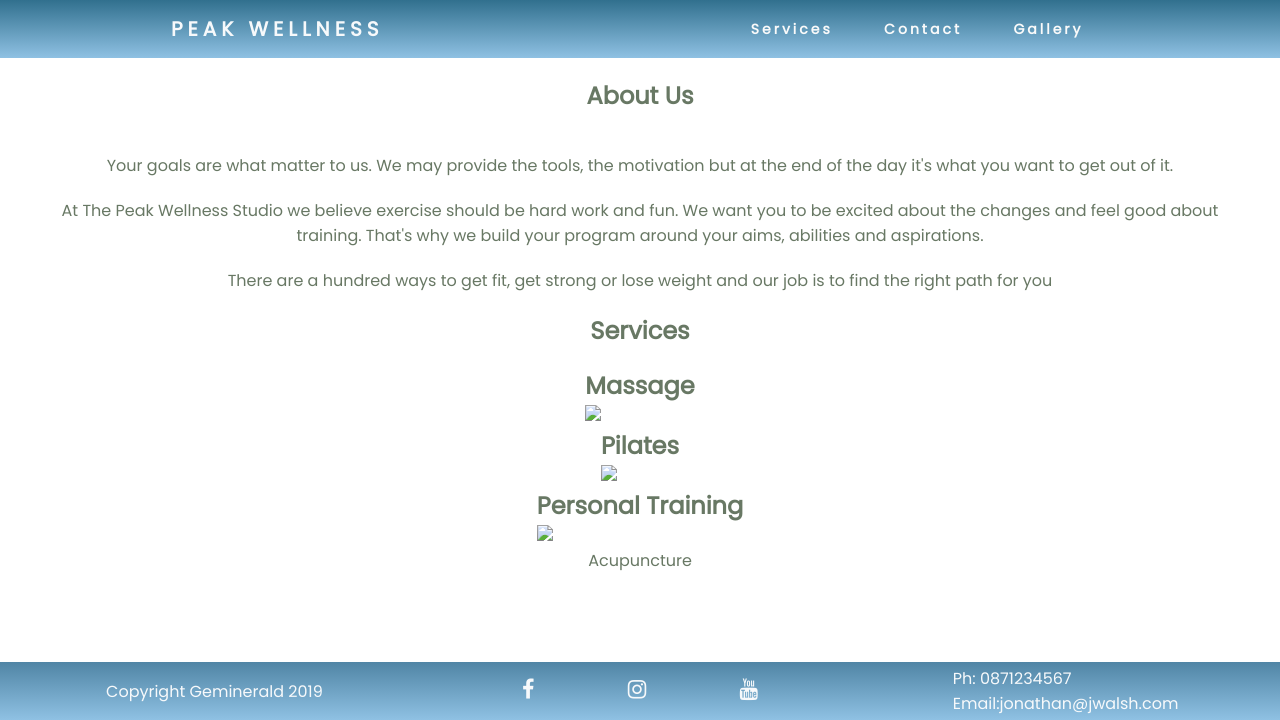
Repository: geminerald/peakwellness
Page: services.html
The author's editor kept a record of every edit. The page is drawn from the files as they stood at one moment, then again after the next edit.
The browser window is 1280 px wide. The pictures show the whole page.

Above is the page before.

After the next edit:
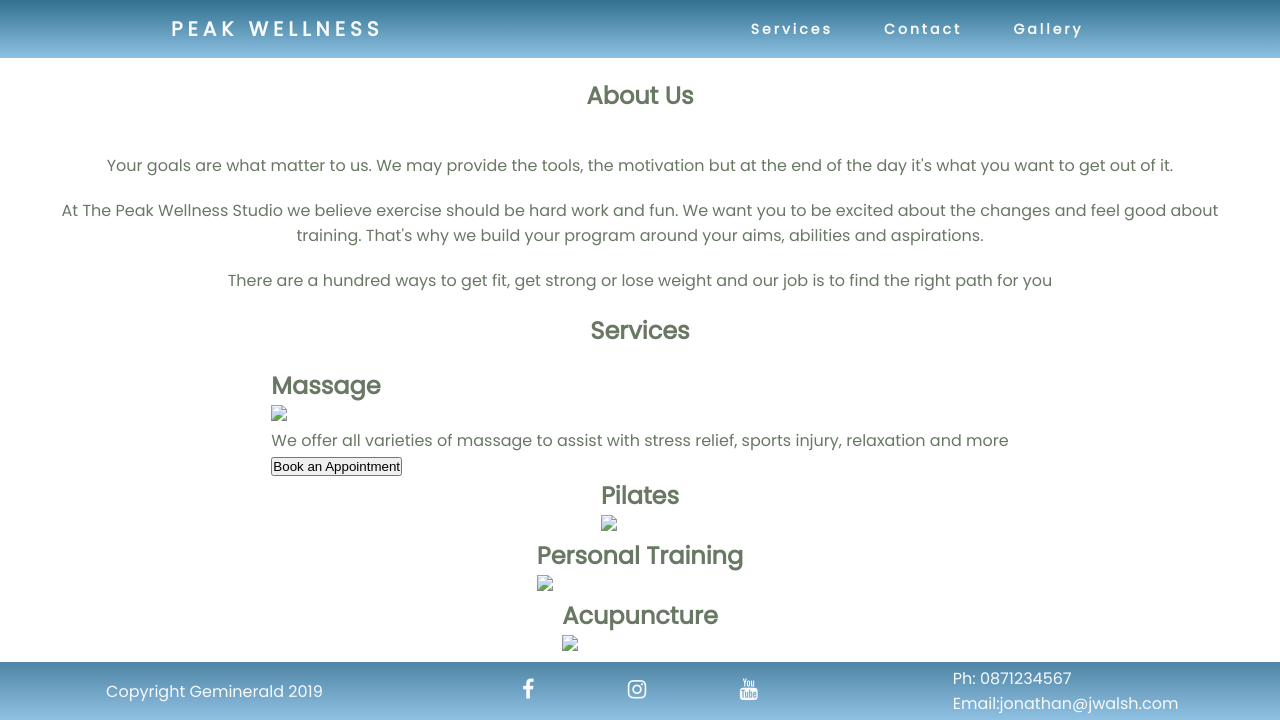
The edit:
--- a/services.html
+++ b/services.html
@@ -53,14 +53,28 @@
             <div class="services">
                 <h1>Services</h1>
                 <div class="service">
-                    <figure class="front"><h2>Massage</h2><img src="#"></figure>
+                    <figure class="front">
+                        <h2>Massage</h2><img src="#"></figure>
+                    <figure class="back">
+                        <p>We offer all varieties of massage to assist with stress relief, sports injury, relaxation and more</p>
+                        <button href="contact.html">Book an Appointment</button>
+                    </figure>
+                </div>
+                <div class="service">
+                    <figure class="front">
+                        <h2>Pilates</h2><img src="#"></figure>
                     <figure class="back"></figure>
                 </div>
-                <div class="service"><figure class="front"><h2>Pilates</h2><img src="#"></figure>
-                    <figure class="back"></figure></div>
-                <div class="service"><figure class="front"><h2>Personal Training</h2><img src="#"></figure>
-                    <figure class="back"></figure></div>
-                <div class="service">Acupuncture</div>
+                <div class="service">
+                    <figure class="front">
+                        <h2>Personal Training</h2><img src="#"></figure>
+                    <figure class="back"></figure>
+                </div>
+                <div class="service">
+                    <figure class="front">
+                        <h2>Acupuncture</h2><img src="#"></figure>
+                    <figure class="back"></figure>
+                </div>
             </div>
         </div>
     </section>
